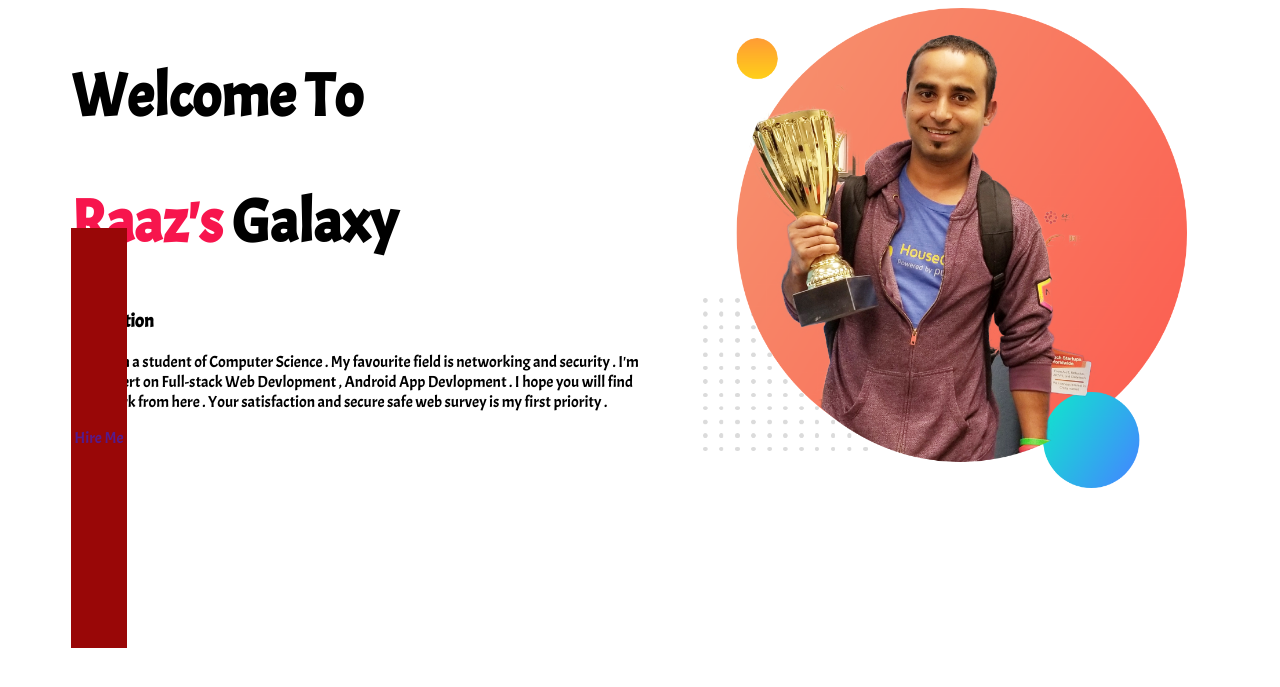
Repository: ramizraaz/my-portfolio
Page: about.html
An editor plug-in stored every save of this project. The page is shown before and after the next save, followed by the edit.
The browser window is 1280 px wide. The pictures show the whole page.

Above is the page before, as saved 2022-01-13 18:32:30.

### about.html
<!DOCTYPE html>
<html lang="en">

<head>
    <meta charset="UTF-8">
    <meta http-equiv="X-UA-Compatible" content="IE=edge">
    <meta name="viewport" content="width=device-width, initial-scale=1.0">
    <title>Raaz Portfolio</title>
    <link rel="preconnect" href="https://fonts.googleapis.com">
    <link rel="preconnect" href="https://fonts.gstatic.com" crossorigin>
    <link href="https://fonts.googleapis.com/css2?family=Acme&family=Lobster&family=Permanent+Marker&display=swap" rel="stylesheet">
    <link rel="stylesheet" href="design.css">
</head>

<body>
    <section>
        <div class="content">
            <h1>Welcome To</h1>
            <h1><span> Raaz's </span>Galaxy</h1>
            <h3>IT-Solution</h3>
            <p>Hello!I'm a student of Computer Science . My favourite field is networking and security . I'm also expert on Full-stack Web Devlopment , Android App Devlopment . I hope you will find your work from here . Your satisfaction and secure safe
                web survey is my first priority .</p>
            <a class="link-button" href="" target="_blank">Hire Me</a>
        </div>
        <div class="content">
            <img src="images/jhankar.png" alt="Personal Profile">
        </div>
    </section>
</body>

</html>

### design.css
body {
    font-family: 'Acme', sans-serif;
}

h1 {
    font-size: 60px;
}

span {
    color: rgb(247, 21, 77);
}

section {
    display: flex;
    /* Using this attribute for show photo and content flexible left right part */
}

.content {
    width: 50%;
    /*to make 2 div 50//50 size*/
    padding-left: 5%;
}

.content img {
    width: 85%;
    /*adjusting image*/
}

.link-button {
    text-decoration: none;
    background-color: #990707;
    padding: 200px 3px;
}

After the next save:
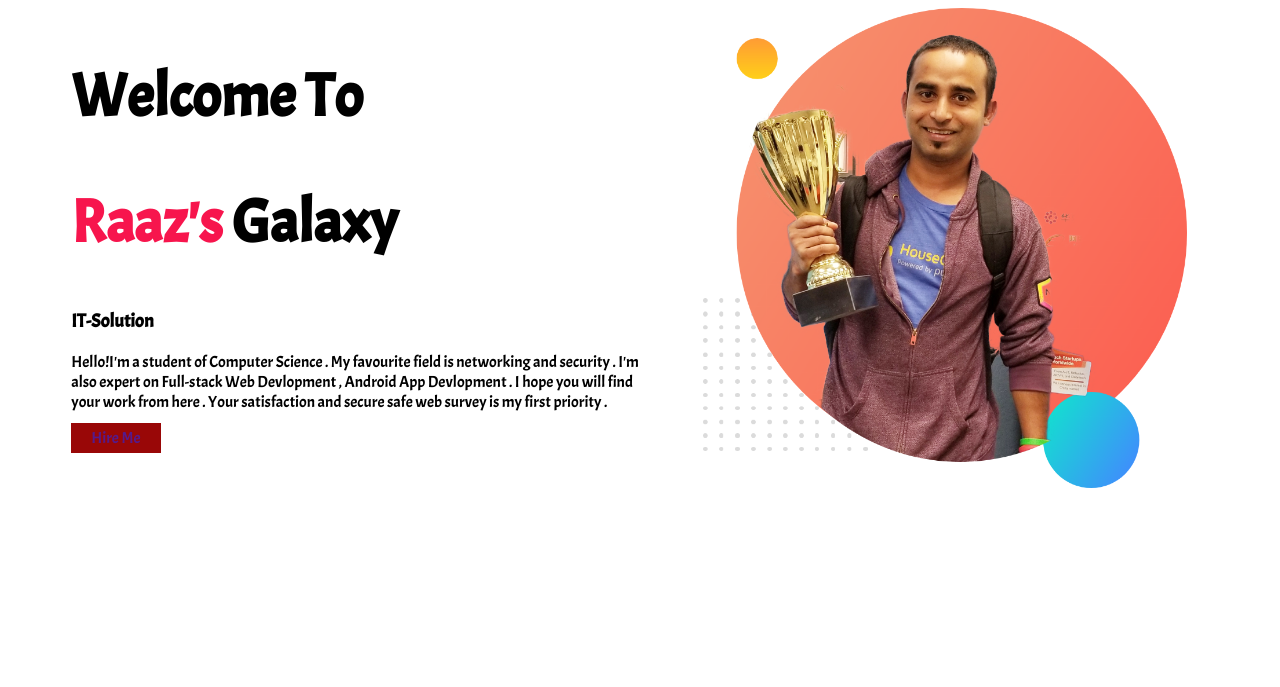
Saved 13 s later.
--- a/design.css
+++ b/design.css
@@ -29,5 +29,5 @@
 .link-button {
     text-decoration: none;
     background-color: #990707;
-    padding: 200px 3px;
+    padding: 5px 20px;
 }
